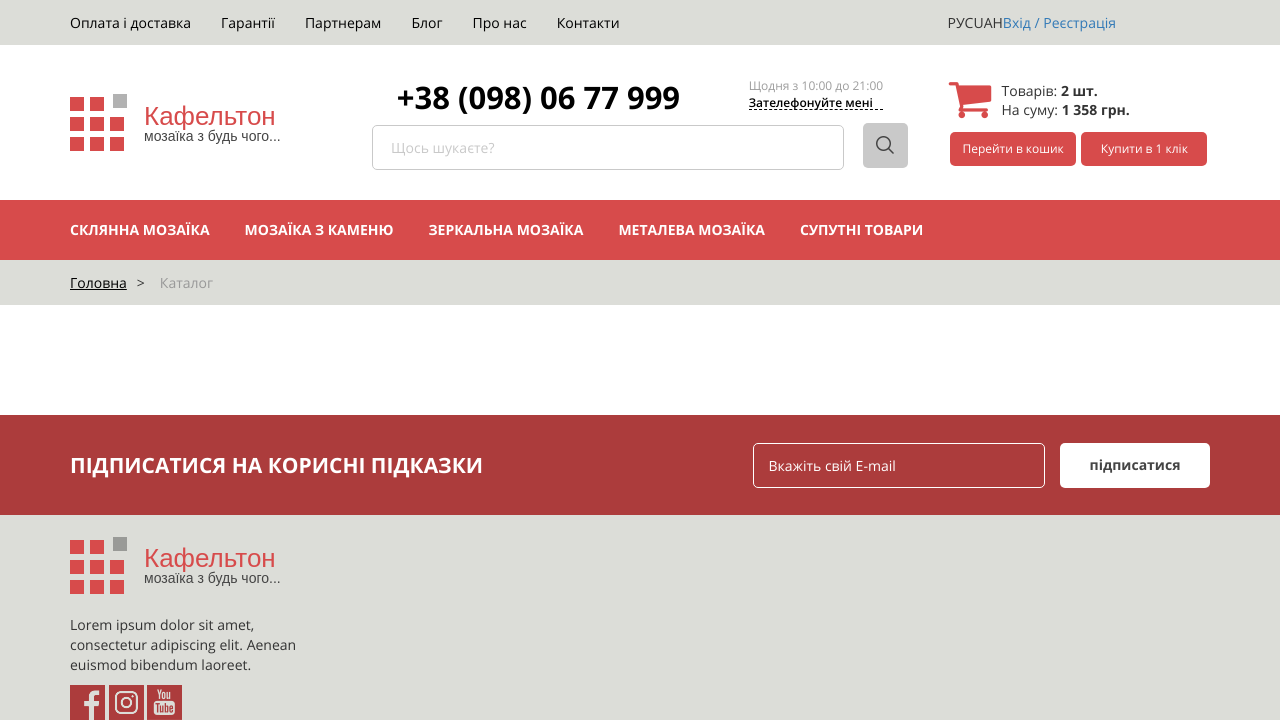
Repository: zellenka/mozaika
Page: app/index.html
The author's editor kept a copy of each file at every save. The page is drawn from the files as they stood at one save, then again after the next save.
The browser window is 1280 px wide. The pictures show the whole page.
Some web fonts or font styles are not loaded; a fallback is used. The style sheet was rebuilt from its Sass, Less or Tailwind sources for each picture, by a compiler version that may differ from the author's.

Above is the page before, as saved 2018-07-13 16:14:32.
Console error (its wording comes from the project's code and is left out).

### app/index.html
<!DOCTYPE html>
<html lang="en">
<head>
	<meta charset="UTF-8">
	<meta name="viewport" content="width=device-width, initial-scale=1.0">
	<title>Mozaika</title>
	<link rel="stylesheet" href="https://maxcdn.bootstrapcdn.com/bootstrap/3.3.7/css/bootstrap.min.css" integrity="sha384-BVYiiSIFeK1dGmJRAkycuHAHRg32OmUcww7on3RYdg4Va+PmSTsz/K68vbdEjh4u" crossorigin="anonymous">
	<link rel="stylesheet" href="/libs/normalize.css">
	<link rel="stylesheet" href="/css/libs.min.css">
	<link rel="stylesheet" href="/css/main.css">
</head>
<body>
	<header class="header">
		<div class="header__top">
			<div class="container">
				<div class="row">
					<div class="col-md-9">
						<ul class="header__top-nav">
							<li class="header__top-nav-item"><a href="/">Оплата і доставка</a></li>
							<li class="header__top-nav-item"><a href="/">Гарантії</a></li>
							<li class="header__top-nav-item"><a href="/">Партнерам</a></li>
							<li class="header__top-nav-item"><a href="/">Блог</a></li>
							<li class="header__top-nav-item"><a href="/">Про нас</a></li>
							<li class="header__top-nav-item"><a href="/">Контакти</a></li>
						</ul>
					</div>
					<div class="col-md-3">
						<ul class="header__top-enter-menu">
							<li>РУС</li>
							<li>UAH</li>
							<li><a href="/">Вхід / Реєстрація</a></li>
						</ul>
					</div>
				</div>
			</div>
		</div>
		<div class="header__middle">
			<div class="container">
				<div class="row header__middle-row">
					<a href="" class="col-md-3 header__middle-logo">
						<img src="/img/logo.png" alt="" class="header__middle-logo-img">
						<div>
								<p class="header__middle-logo-text">Кафельтон</p>
								<p class="header__middle-logo-slogan">мозаїка з будь чого...</p>
						</div>
					</a>
					<div class="col-md-6 header__middle-search">
						<div class="header__middle-search_block">
								<a href="tel:+380980677999" class="header__middle-search-phone">+38 (098) 06 77 999</a>
								<div class="header__middle-search-block">
									<p class="header__middle-search-time">Щодня з 10:00 до 21:00</p>
									<p class="header__middle-search-modal">Зателефонуйте мені</p>
								</div>
						</div>
						<div class="header__middle-search_block">
							<input type="text" class="header__middle-search_block-input" placeholder="Щось шукаєте?">
							<button type="button" class="header__middle-search_block-button"><img src="/img/icon.png" alt=""></button>
						</div>

					</div>
					<div class="col-md-3 header__middle-basket">
						<div class="header__middle-basket-top">
							<img src="/img/cart.png" alt="">
							<div class="header__middle-basket-info">
									<p>Товарів: <span class="header__middle-basket-info_bold">2</span> <span class="header__middle-basket-info_bold">шт.</span></p>
									<p>На суму: <span class="header__middle-basket-info_bold">1 358</span> <span class="header__middle-basket-info_bold">грн.</span></p>
							</div>
						</div>
						<div class="header__middle-basket-bottom">
							<a class="header__middle-basket-bottom-button header___red-button">Перейти в кошик</a>
							<a class="header__middle-basket-bottom-button header___red-button">Купити в 1 клік</a>
						</div>
					</div>
				</div>
			</div>
		</div>
		<div class="menu-block">
			<div class="container">
				<div class="row">
					<div class="col-md-12">
							<ul class="menu-block">
									<li class="menu-block__item">
										<a href="">СКЛЯНнА МОЗАЇКА</a>
									</li>
									<li class="menu-block__item"><a href="">МОЗАЇКА з каменю</a></li>
									<li class="menu-block__item"><a href="">зеркальна МОЗАЇКА </a></li>
									<li class="menu-block__item"><a href="">металева МОЗАЇКА</a></li>
									<li class="menu-block__item"><a href="">СУПУТНІ ТОВАРИ</a></li>
								</ul>
					</div>
				</div>
			</div>
		</div>
		<div class="breadcrumbs-block">
			<div class="container">
				<div class="row">
					<div class="col-lg-12">
							<ul class="breadcrumbs-block__list">
									<li class="breadcrumbs-block__item breadcrumbs-block__item_not-active"><a href="">Головна</a></li>
									<li class="breadcrumbs-block__item breadcrumbs-block__item_active"><a href="">Каталог</a></li>
								</ul>
					</div>
				</div>
			</div>
		</div>
	</header>
	<div class="main">

	</div>
	<footer class="footer">
		<div class="subscribe-block">
			<div class="container">
				<div class="row subscribe-block-row">
					<div class="col-md-5">
						<p class="subscribe-block__text">ПІДПИСАТИСЯ НА КОРИСНІ ПІДКАЗКИ</p>
					</div>
					<div class="col-md-5 col-md-offset-2">
						<form action="" class="subscribe-block__form">
							<input type="email" placeholder="Вкажіть свій E-mail" class="subscribe-block__input">
							<button type="submit" class="subscribe-block__button">підписатися</button>
						</form>
					</div>
				</div>
			</div>
		</div>
		<div class="footer-block container">
			<div class="row">
				<div class="col-md-3 footer-block__social">
						<a href="" class="header__middle-logo">
								<img src="/img/logo.png" alt="" class="header__middle-logo-img">
								<div>
										<p class="header__middle-logo-text">Кафельтон</p>
										<p class="header__middle-logo-slogan">мозаїка з будь чого...</p>
								</div>
						</a>
						<p>Lorem ipsum dolor sit amet,
								consectetur adipiscing elit. Aenean
								euismod bibendum laoreet.</p>

								<div>
									<a href=""><img src="/img/facebook.png" alt=""></a>
									<a href=""><img src="/img/instagram.png" alt=""></a>
									<a href=""><img src="/img/youtube.png" alt=""></a>
								</div>
				</div>
				<div class="col-md-3"></div>
				<div class="col-md-3"></div>
				<div class="col-md-3"></div>
			</div>
		</div>
	</footer>





	<script src="https://maxcdn.bootstrapcdn.com/bootstrap/3.3.7/js/bootstrap.min.js" integrity="sha384-Tc5IQib027qvyjSMfHjOMaLkfuWVxZxUPnCJA7l2mCWNIpG9mGCD8wGNIcPD7Txa" crossorigin="anonymous"></script>
	<script src="js/libs.min.js"></script>
	<script src="js/common.js"></script>

</body>
</html>

### app/sass/libs.sass
@import "app/libs/magnific-popup/dist/magnific-popup.css" // Импортируем библиотеку Magnific Popup. Теперь обязательно указывается расширение .css
@import "app/libs/normalize.css"

### app/sass/main.sass
@font-face
  font-family: 'Raleway-ExtraBold'
  src: url('/fonts/11843.woff')

@font-face
  font-family: 'Raleway-Regular'
  src: url('/fonts/11851.woff')

@font-face
  font-family: 'Open-Sans-Bold'
  src: url('/fonts/2204.ttf')

@font-face
  font-family: 'Open-Sans-Semibold'
  src: url('/fonts/2212.ttf')

@font-face
  font-family: 'Open-Sans'
  src: url('/fonts/2211.ttf')

$main: #d74b4b

html
    min-height: 100%
    height: 100%

body
    font-family: Open-Sans
    min-height: 100%
    position: relative

.main
    min-height: 100%

ul
    list-style: none

.header__top
    width: 100%
    background: #dcddd8
    height: 45px

.header__top-nav, .header__top-enter-menu
    display: flex
    width: 100%
    height: 45px
    align-items: center
    padding: 0
    margin: 0
    line-height: 1

.header__top-nav-item
    margin-right: 30px
    a
        color: black

.header__middle
    padding: 30px 0
    background: #fff

.header__middle-row
    display: flex
    align-items: center

.header__middle-logo
    display: flex
    align-items: center
    &:hover
        text-decoration: none

.header__middle-logo-img
    width: 57px
    height: 57px
    margin-right: 17px

.header__middle-logo-text
    font-family: Raleway-ExtraBold, sans-serif
    font-size: 26px
    color: $main
    line-height: 1
    margin: 0

.header__middle-logo-slogan
    line-height: 1
    font-family: Raleway-Regular, sans-serif
    font-size: 14px
    color: #444444
    margin: 0

.header__middle-search_block
    display: flex
    width: 100%
    justify-content: space-around
    align-items: center

.header__middle-search-phone
    font-family: Open-Sans-Bold
    font-size: 31px
    color: #000
    &:hover

.header__middle-search-block
    line-height: 1

.header__middle-search-time
    color: #9d9d9d
    font-size: 12px
    font-family: Open-Sans
    margin: 5px 0

.header__middle-search-modal
    font-family: Open-Sans-Semibold
    color: black
    font-size: 12px
    border-bottom: 1px dashed black
    &:hover
        cursor: pointer

.header__middle-search_block-input
    width: 85%
    border-radius: 5px
    border: 1px solid #c9c9c9
    height: 45px
    padding-left: 18px
    margin-top: 5px
    &::placeholder
        color: #c9c9c9

.header__middle-search_block-button
    width: 45px
    height: 45px
    display: flex
    justify-content: center
    align-items: center
    border-radius: 5px
    background: #c9c9c9
    border: none
    padding: 0
    margin: 0

.header__middle-basket-top
    display: flex
    width: 100%
    align-items: center

.header__middle-basket-info
    line-height: 1
    font-family: Open-Sans
    p
        margin: 0

.header__middle-basket-info_bold
    font-family: Open-Sans-Bold

.header__middle-basket-bottom
    display: flex
    justify-content: space-around

.header__middle-basket-bottom-button
    font-size: 12px
    width: 48%

.header___red-button
    color: #fff
    background: rgb(215, 75, 75)
    border-radius: 5px
    height: 34px
    display: flex
    justify-content: center
    text-align: center
    align-items: center
    line-height: 1
    padding: 0 5px

.header__middle-basket-top
    margin-bottom: 10px

.header__middle-basket-info
    margin-left: 10px
    p
        margin: 5px 0

.menu-block
    background: $main
    width: 100%

.menu-block
    height: 60px
    display: flex
    width: 100%
    align-items: center
    margin: 0
    padding: 0

.menu-block__item
    margin-right: 35px
    a
        color: #fff
        font-family: Open-Sans-Bold
        font-size: 14px
        text-transform: uppercase

.breadcrumbs-block
    width: 100%
    background: #dcddd8

.breadcrumbs-block__list
    display: flex
    width: 100%
    padding: 0
    margin: 0
    height: 45px
    align-items: center
    justify-content: flex-start

.breadcrumbs-block__item_not-active
    margin-right: 15px
    a
        color: #000
        text-decoration: underline
    &::after
        content: "> "
        margin-left: 10px

.breadcrumbs-block__item_active
    a
        color: #999999
        &:hover
            cursor: default
            pointer-events: none
            cursor: default
            text-decoration: none

.footer
    position: absolute
    bottom: 0
    right: 0
    left: 0
    background: #dcddd8

.subscribe-block
    width: 100%
    background: #ac3c3c

.subscribe-block-row
    height: 100px
    display: flex
    align-items: center

.subscribe-block__text
    margin: 0
    text-align: left
    color: #fff
    font-family: Open-Sans-Bold
    font-size: 21px

.subscribe-block__form
    display: flex
    width: 100%
    justify-content: space-between

.subscribe-block__input
    width: 80%
    border: 1px solid #fff
    border-radius: 5px
    background: #ac3c3c
    color: #fff
    height: 45px
    padding-left: 15px
    margin-right: 15px
    &::placeholder
        color: #fff

.subscribe-block__button
    border-radius: 5px
    background: #fff
    color: #444444
    font-family: Open-Sans-Bold
    font-size: 14px
    border: none
    min-width: 150px
    height: 45px

.footer-block__social
    .header__middle-logo
        height: 100px

Loaded but not shown: app/libs/normalize.css (library); app/js/libs.min.js (library); app/js/common.js (common file); app/libs/magnific-popup/dist/magnific-popup.css (library)

After the next save:
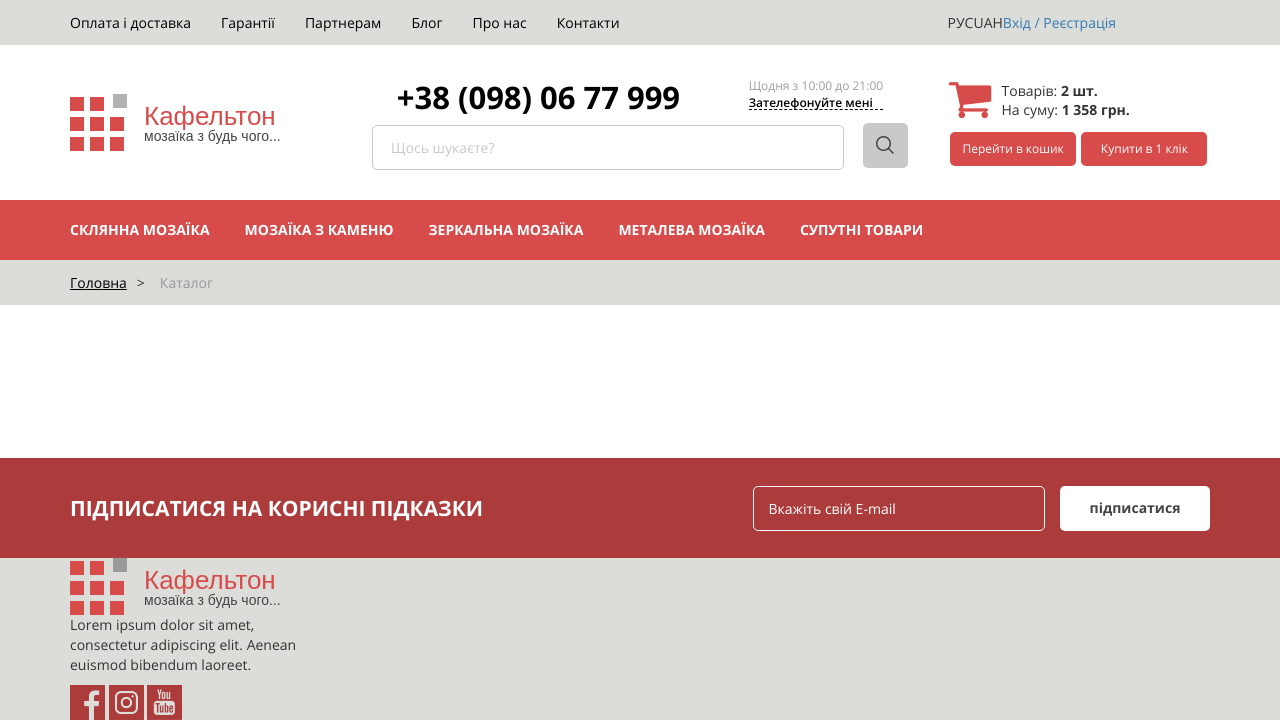
Saved 101 s later.
--- a/app/sass/main.sass
+++ b/app/sass/main.sass
@@ -282,5 +282,6 @@ ul
     height: 45px
 
 .footer-block__social
-    .header__middle-logo
-        height: 100px
+
+.footer-block__social-text
+    font-size: 14px
